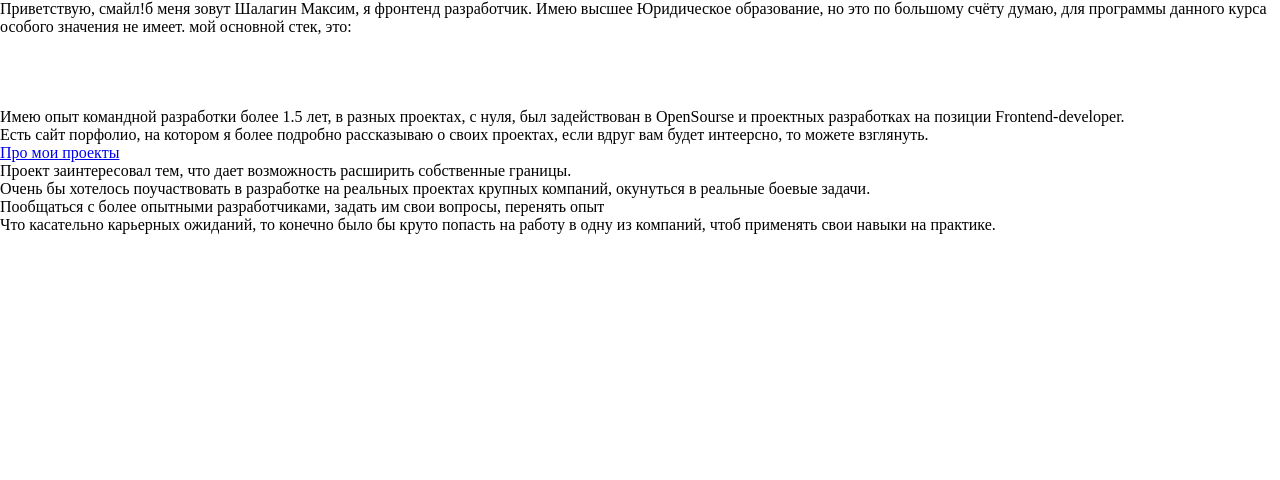
Repository: ni4egonepridumal/letter
Page: index.html
These files come from the project's save history. The page is drawn as it stood at one moment and after the next save; the edit follows.
The browser window is 1280 px wide. The pictures show the whole page.

Above is the page before, as saved 2024-01-18 17:09:38.

After the next save:
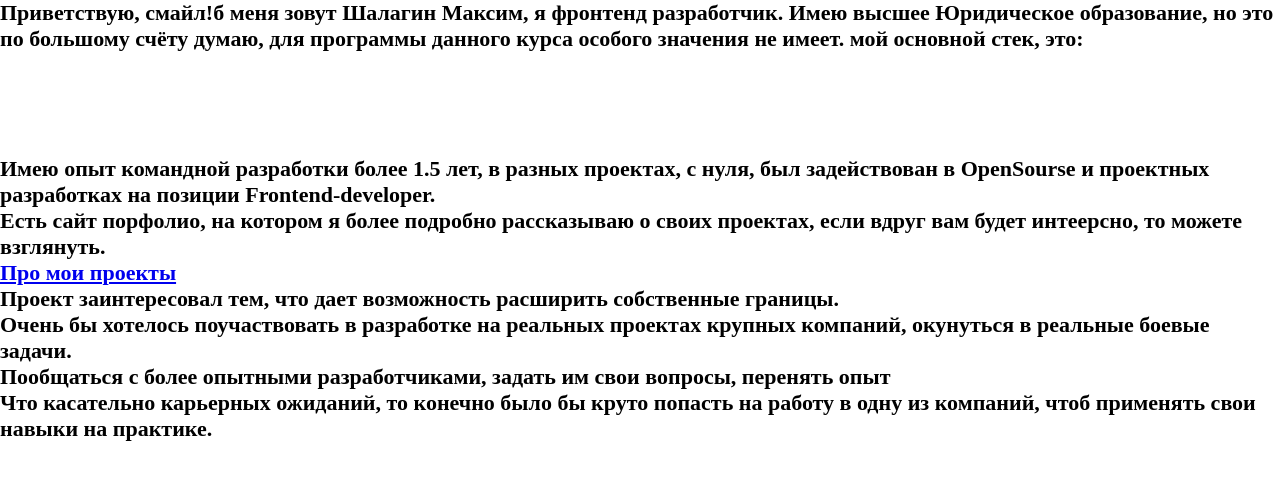
Saved 2 min 33 s later.
--- a/style.css
+++ b/style.css
@@ -5,6 +5,8 @@
 }
 
 body {
+  font-size: 22px;
+  font-weight: 700;
 }
 .container {
   max-width: 1600px;
